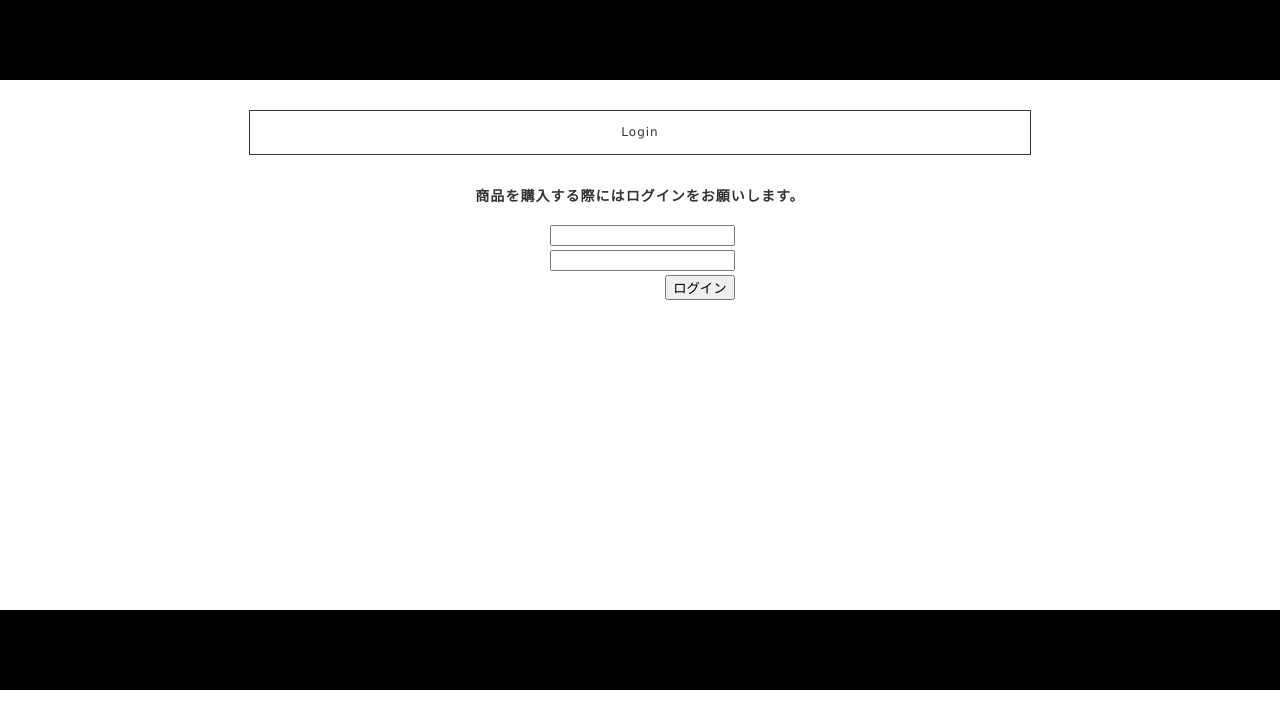
Repository: 1209mori05/test
Page: http://localhost/template/HomeAction.action
These files come from the project's save history. The page is drawn as it stood at one moment and after the next save; the edit follows.
The browser window is 1280 px wide. The pictures show the whole page.
The page is served by Tomcat 9.

Above is the page before, as saved 2018-03-23 07:54:20.

After the next save:
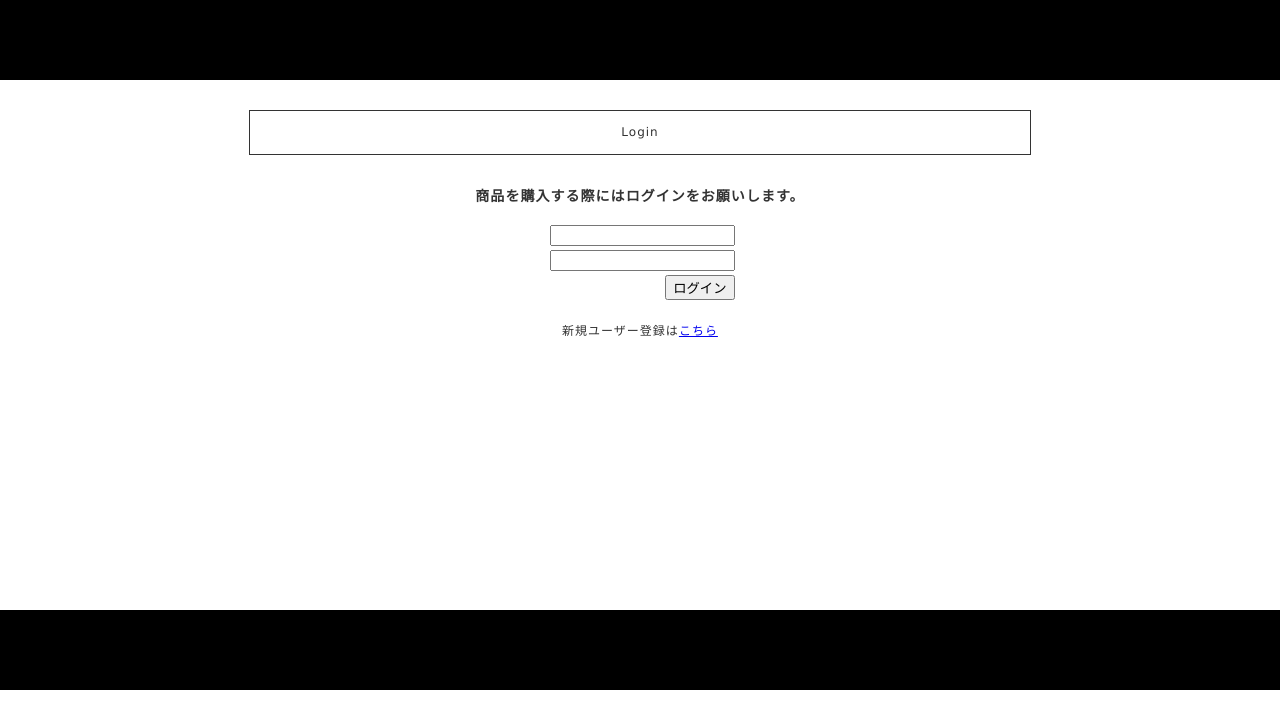
Saved 2 min 13 s later.
--- a/template/WebContent/login.jsp
+++ b/template/WebContent/login.jsp
@@ -67,6 +67,11 @@
 					<s:password name="loginPassword" />
 					<s:submit value="ログイン" />
 				</s:form><br>
+				<div>
+					<span>
+						新規ユーザー登録は<a href='<s:url action="UserCreateAction" />'>こちら</a>
+					</span>
+				</div>
 			</div>
 		</div>
 	<div id="footer">
